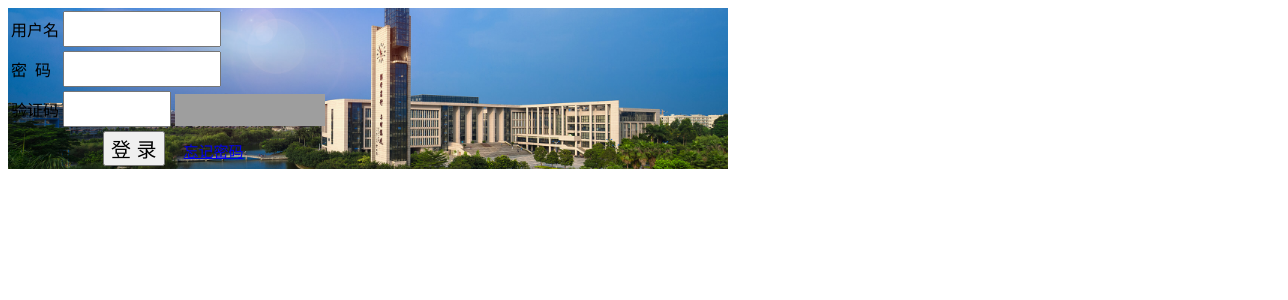
Repository: IAmJiangWenHao/ReportServer
Page: demo.html
The author's editor kept a copy of each file at every save. The page is drawn from the files as they stood at one save, then again after the next save.
The browser window is 1280 px wide. The page is 1280 px wide, then 1288 px, so the pictures cover 1288 px, including what lies to the right of the window. The pictures show the whole page.
Pictures or frames that could not be fetched are drawn as grey boxes.

Above is the page before, as saved 2023-05-16 11:57:41.

### demo.html
<!DOCTYPE html>
<html>
  <head>
    <meta http-equiv="Content-Type" content="text/html; charset=UTF-8">
    <title>登录</title>
  </head>
  <body>
    <style>
      dfv{
        width:100vh;
        position: absolute;
        background-image: url('./web/img/gzdx-bg.jpg');
  background-size: cover;
  background-position: center;
      }
    </style>

    <script type="text/javascript"> //这里是JavaScript
      window.onload = function () {
        document.getElementById("img").onclick = function () {
          /*document.getElementById()通过元素的id来获取元素，
           .getElementById("img")先获取"img" 元素；
           然后.onclick()，点击触发一个事件，这个事件发生会执行funciton()函数。
           目的:点击id为img的页面元素时会触发funciton函数。生成验证码*/
          this.src = "CheckcodeServlet?time" + new Date().getTime();
          //new Date().getTime()增加时间戳来更换验证码图片
        };
      };

    </script>
    <script type="text/javascript">
    //检查输入是否为空
      function Check() {
        const username = document.form1.username.value;
        const password = document.form1.password.value;
        const checkcode = document.form1.checkcode.value;

        if (!username) {
          alert("用户名不能为空！");
          document.form1.username.focus();
          return false;
        }

        if (!password) {
          alert("密码不能为空！");
          document.form1.password.focus();
          return false;
        }

        if (!checkcode) {
          alert("验证码不能为空！");
          document.form1.checkcode.focus();
          return false;
        }

        return true;
      }
    </script>

  <dfv>
 <form action="LoginServlet" method="post" name="form1" onSubmit="return Check()">
        <!-- form属性action="LoginServlet"中，LoginServlet待后续实现，用于处理请求-->
        <table>

          <tr>
            <td>用户名</td>
            <td><input style="width:150px;height:30px;" type="text" name="username" size="20"></td>
          </tr>
          <tr>
            <td>密&nbsp;&nbsp;码</td>
            <td><input style="width: 150px;height:30px;" type="password" name="password" size="20"></td>
          </tr>
          <tr>
            <td>验证码</td>
            <td><input style="width: 100px;height:30px;" type="text" name="checkcode" size="15">
              <img style="width:150px;height:32px;" id="img" src="CheckcodeServlet"  alt="[验证码待续]" align="center">
              <!-- id为img的页面元素,显示验证码图像；src="CheckcodeServlet"中，CheckcodeServlet待后续实现-->
            </td>
          </tr>
          <tr><td></td>
            <td><input style="margin-left:40px;font-size:20px;" type="submit" value="登&nbsp;录">
              <font style="font-size:15px">&nbsp;&nbsp;&nbsp;&nbsp;<a href="forgetPassword.jsp">忘记密码 </a> </font></td>
          </tr>
        </table>
      </form>
    </div>
  </body>
</html>

After the next save:
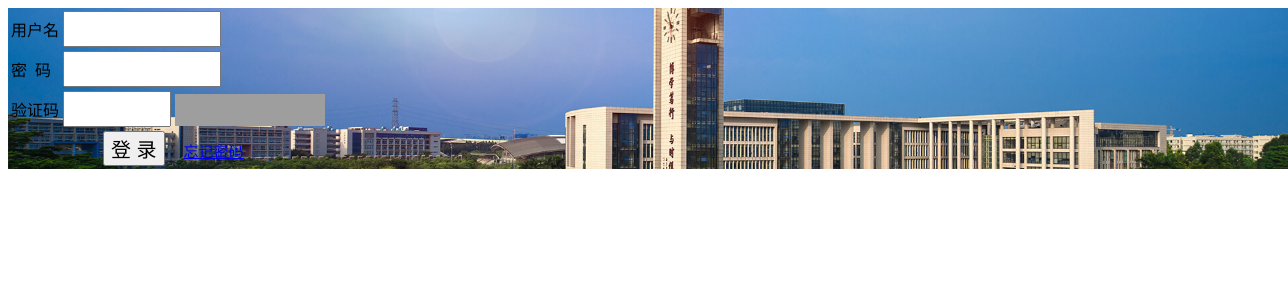
Saved 42 s later.
--- a/demo.html
+++ b/demo.html
@@ -7,7 +7,7 @@
   <body>
     <style>
       dfv{
-        width:100vh;
+        width:100%;
         position: absolute;
         background-image: url('./web/img/gzdx-bg.jpg');
   background-size: cover;
